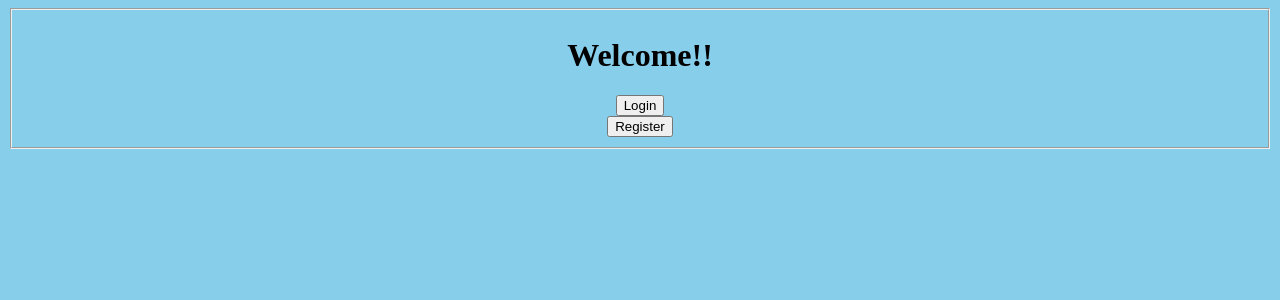
Repository: Thirumalaivasan01/eclipse-workspace
Page: http://localhost/calculatorperform-ex/
These files come from the project's save history. The page is drawn as it stood at one moment and after the next save; the edit follows.
The browser window is 1280 px wide. The pictures show the whole page.
The page is served by Tomcat 9.

Above is the page before, as saved 2022-04-13 03:52:04.

After the next save:
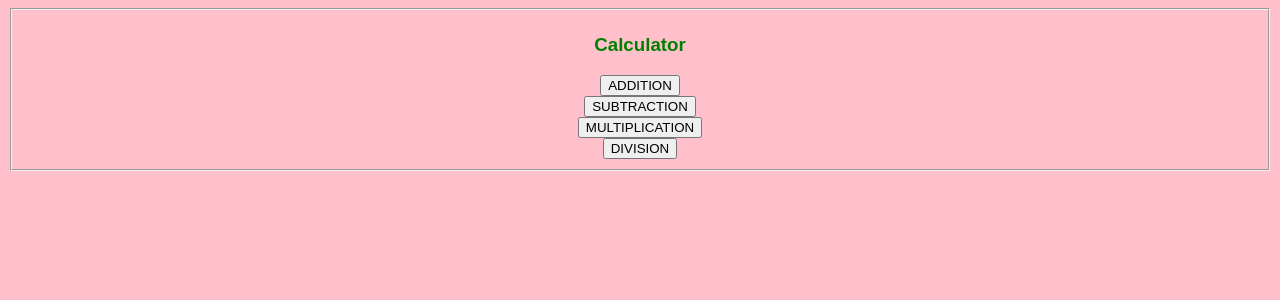
Saved 13 min 15 s later.
--- a/calculatorperform-ex/WebContent/index.jsp
+++ b/calculatorperform-ex/WebContent/index.jsp
@@ -1,26 +1,37 @@
 <%@ page language="java" contentType="text/html; charset=UTF-8"
 	pageEncoding="UTF-8"%>
 <!DOCTYPE html PUBLIC "-//W3C//DTD HTML 4.01 Transitional//EN" "http://www.w3.org/TR/html4/loose.dtd">
-
-<%-- <%@ page import ="java.io.*,java.util.*,java.sql.*" %>
-<%@ page import = "javax.servlet.http.*,javax.servlet.*" %>
-<%@ taglib uri="http://java.sun.com/jsp/jstl/core" prefix = "c"%>
-<%@ taglib uri="http://java.sun.com/jsp/jstl/sql" prefix = "sql"%> --%>
 <html>
 <head>
 <meta http-equiv="Content-Type" content="text/html; charset=UTF-8">
-<title>Insert title here</title>
+<title>Calculator</title>
 </head>
-<body bgcolor="skyblue">
+<body bgcolor="pink">
+
 	<center>
 		<fieldset>
-			<h1>Welcome!!</h1>
-			<form action="login.jsp" method="post">
-				<button type="submit">Login</button>
+			<h3 style="font-family: sans-serif; color: green;">Calculator</h3>
+
+			<form action="addition.jsp" method="post">
+
+				<button>ADDITION</button>
+
+			</form>
+			<form action="subtraction.jsp" method="post">
+
+				<button>SUBTRACTION</button>
+
 			</form>
 
-			<form action="register.jsp" method="post">
-				<button type="submit">Register</button>
+			<form action="multiplication.jsp" method="post">
+
+				<button>MULTIPLICATION</button>
+
+			</form>
+			<form action="division.jsp" method="post">
+
+				<button>DIVISION</button>
+
 			</form>
 		</fieldset>
 	</center>
